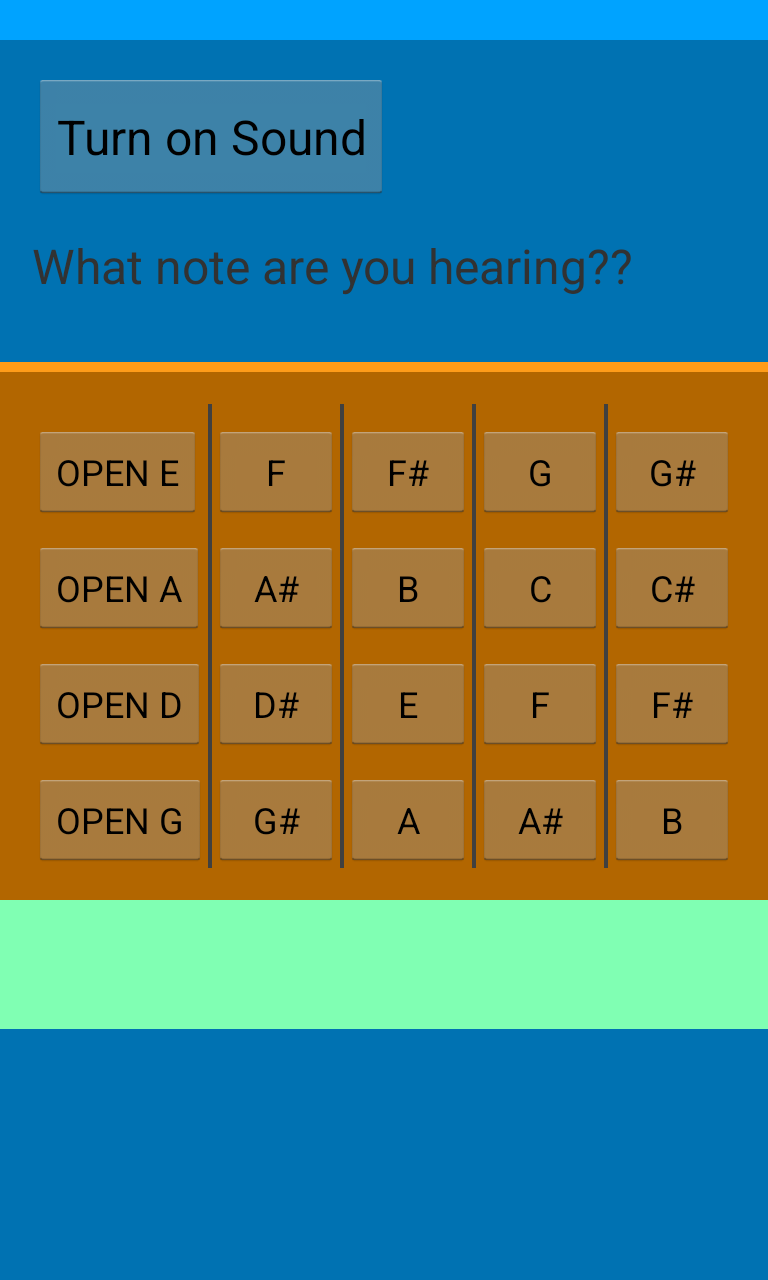
Repository: elliott-ribner/android-guitar-trainer
Layout: randomnotegenerator/res/layout/activity_main.xml
An editor plug-in stored every save of this project. The layout is shown before and after the next save, followed by the edit.
It is drawn on a 768 x 1280 px phone screen (xhdpi) without system bars, with theme AppTheme; the app's code is not run.

Above is the layout before, as saved 2014-06-09 01:00:18.

### randomnotegenerator/res/layout/activity_main.xml
<LinearLayout xmlns:android="http://schemas.android.com/apk/res/android"
    xmlns:tools="http://schemas.android.com/tools"
    android:layout_width="match_parent"
    android:layout_height="match_parent"
    android:background="#0072B2"
    android:orientation="vertical"
    tools:context="com.elliott.randomnotegenerator.MainActivity$PlaceholderFragment" >

    <LinearLayout
        android:layout_width="fill_parent"
        android:layout_height="20dip"
        android:background="#00A3FF"

        android:paddingBottom="@dimen/activity_vertical_margin"
        android:paddingLeft="@dimen/activity_horizontal_margin"
        android:paddingRight="@dimen/activity_horizontal_margin"
        android:paddingTop="@dimen/activity_vertical_margin" />
    <LinearLayout
        android:layout_width="fill_parent"
        android:layout_height="wrap_content"

        android:orientation="vertical"
        android:paddingBottom="@dimen/activity_vertical_margin"
        android:paddingLeft="@dimen/activity_horizontal_margin"
        android:paddingRight="@dimen/activity_horizontal_margin"
        android:paddingTop="@dimen/activity_vertical_margin" >

        <Button
            android:id="@+id/ButtonPlay"
            android:layout_width="wrap_content"
            android:layout_height="wrap_content"
            android:paddingBottom="@dimen/activity_vertical_margin"
            android:paddingTop="@dimen/activity_vertical_margin"
            android:text="@string/play"
            android:textSize="24sp" />

        <TextView
            android:id="@+id/promptBox"
            android:layout_width="wrap_content"
            android:layout_height="wrap_content"
            android:paddingBottom="@dimen/activity_vertical_margin"
            android:paddingTop="@dimen/activity_vertical_margin"
            android:text="@string/prompt"
            android:textSize="24sp" />
    </LinearLayout>
<LinearLayout
        android:layout_width="fill_parent"
        android:layout_height="5dip"
        android:background="#FF9C19"

        android:paddingBottom="@dimen/activity_vertical_margin"
        android:paddingLeft="@dimen/activity_horizontal_margin"
        android:paddingRight="@dimen/activity_horizontal_margin"
        android:paddingTop="@dimen/activity_vertical_margin" />

        <LinearLayout
            android:layout_width="fill_parent"
            android:layout_height="wrap_content"
             android:background="#B26600"
            android:orientation="horizontal"
            android:paddingBottom="@dimen/activity_vertical_margin"
        android:paddingLeft="@dimen/activity_horizontal_margin"
        android:paddingRight="@dimen/activity_horizontal_margin"
        android:paddingTop="@dimen/activity_vertical_margin"  >

            <LinearLayout
                android:layout_width="wrap_content"
                android:layout_height="wrap_content"
                android:orientation="vertical" >

                <Button
                    android:id="@+id/ButtonEL"
                    android:layout_width="wrap_content"
                    android:layout_height="wrap_content"
                    android:layout_marginTop="10dp"
                    android:text="@string/el" />

                <Button
                    android:id="@+id/ButtonAL"
                    android:layout_width="wrap_content"
                    android:layout_height="wrap_content"
                    android:layout_marginTop="10dp"
                    android:text="@string/al" />

                <Button
                    android:id="@+id/ButtonD"
                    android:layout_width="wrap_content"
                    android:layout_height="wrap_content"
                    android:layout_marginTop="10dp"
                    android:text="@string/d" />

                <Button
                    android:id="@+id/ButtonG"
                    android:layout_width="wrap_content"
                    android:layout_height="wrap_content"
                    android:layout_marginTop="10dp"
                    android:text="@string/g" />
            </LinearLayout>

            <View
                android:layout_width="2dip"
                android:layout_height="fill_parent"
                android:background="#404040" />

            <LinearLayout
                android:layout_width="wrap_content"
                android:layout_height="wrap_content"
                android:orientation="vertical" >

                <Button
                    android:id="@+id/ButtonFL"
                    android:layout_width="wrap_content"
                    android:layout_height="wrap_content"
                    android:layout_marginTop="10dp"
                    android:text="@string/fl" />

                <Button
                    android:id="@+id/ButtonASL"
                    android:layout_width="wrap_content"
                    android:layout_height="wrap_content"
                    android:layout_marginTop="10dp"
                    android:text="@string/asl" />

                <Button
                    android:id="@+id/ButtonDS"
                    android:layout_width="wrap_content"
                    android:layout_height="wrap_content"
                    android:layout_marginTop="10dp"
                    android:text="@string/ds" />

                <Button
                    android:id="@+id/ButtonGS"
                    android:layout_width="wrap_content"
                    android:layout_height="wrap_content"
                    android:layout_marginTop="10dp"
                    android:text="@string/gs" />
            </LinearLayout>

            <View
                android:layout_width="2dip"
                android:layout_height="fill_parent"
                android:background="#404040" />

            <LinearLayout
                android:layout_width="wrap_content"
                android:layout_height="wrap_content"
                android:orientation="vertical" >

                <Button
                    android:id="@+id/ButtonFSL"
                    android:layout_width="wrap_content"
                    android:layout_height="wrap_content"
                    android:layout_marginTop="10dp"
                    android:text="@string/fsl" />

                <Button
                    android:id="@+id/ButtonBL"
                    android:layout_width="wrap_content"
                    android:layout_height="wrap_content"
                    android:layout_marginTop="10dp"
                    android:text="@string/bl" />

                <Button
                    android:id="@+id/ButtonE"
                    android:layout_width="wrap_content"
                    android:layout_height="wrap_content"
                    android:layout_marginTop="10dp"
                    android:text="@string/e" />

                <Button
                    android:id="@+id/ButtonA"
                    android:layout_width="wrap_content"
                    android:layout_height="wrap_content"
                    android:layout_marginTop="10dp"
                    android:text="@string/a" />
            </LinearLayout>

            <View
                android:layout_width="2dip"
                android:layout_height="fill_parent"
                android:background="#404040" />

            <LinearLayout
                android:layout_width="wrap_content"
                android:layout_height="wrap_content"
                android:orientation="vertical" >

                <Button
                    android:id="@+id/ButtonGL"
                    android:layout_width="wrap_content"
                    android:layout_height="wrap_content"
                    android:layout_marginTop="10dp"
                    android:text="@string/gl" />

                <Button
                    android:id="@+id/ButtonC"
                    android:layout_width="wrap_content"
                    android:layout_height="wrap_content"
                    android:layout_marginTop="10dp"
                    android:text="@string/c" />

                <Button
                    android:id="@+id/ButtonF"
                    android:layout_width="wrap_content"
                    android:layout_height="wrap_content"
                    android:layout_marginTop="10dp"
                    android:text="@string/f" />

                <Button
                    android:id="@+id/ButtonAS"
                    android:layout_width="wrap_content"
                    android:layout_height="wrap_content"
                    android:layout_marginTop="10dp"
                    android:text="@string/as" />
            </LinearLayout>

            <View
                android:layout_width="2dip"
                android:layout_height="fill_parent"
                android:background="#404040" />

            <LinearLayout
                android:layout_width="wrap_content"
                android:layout_height="wrap_content"
                android:orientation="vertical" >

                <Button
                    android:id="@+id/ButtonGSL"
                    android:layout_width="wrap_content"
                    android:layout_height="wrap_content"
                    android:layout_marginTop="10dp"
                    android:text="@string/gsl" />

                <Button
                    android:id="@+id/ButtonCS"
                    android:layout_width="wrap_content"
                    android:layout_height="wrap_content"
                    android:layout_marginTop="10dp"
                    android:text="@string/cs" />

                <Button
                    android:id="@+id/ButtonFS"
                    android:layout_width="wrap_content"
                    android:layout_height="wrap_content"
                    android:layout_marginTop="10dp"
                    android:text="@string/fs" />

                <Button
                    android:id="@+id/ButtonB"
                    android:layout_width="wrap_content"
                    android:layout_height="wrap_content"
                    android:layout_marginTop="10dp"
                    android:text="@string/b" />
            </LinearLayout>

        </LinearLayout>





         <LinearLayout
        android:layout_width="fill_parent"
        android:layout_height="wrap_content"
        android:orientation="vertical"
        android:background="#80FFB3"
        android:paddingBottom="@dimen/activity_vertical_margin"
        android:paddingLeft="@dimen/activity_horizontal_margin"
        android:paddingRight="@dimen/activity_horizontal_margin"
        android:paddingTop="@dimen/activity_vertical_margin" >

        <TextView
            android:id="@+id/resultBox"
            android:layout_width="wrap_content"
            android:layout_height="wrap_content"
            android:text="@string/result"
            android:textSize="24sp" />
    </LinearLayout>

</LinearLayout>

### randomnotegenerator/res/values/strings.xml
<?xml version="1.0" encoding="utf-8"?>
<resources>

    <string name="app_name">Bass Guitar Ear Trainer</string>
    <string name="hello_world">Hello world!</string>
    <string name="action_settings">Settings</string>
	<string name="play">Turn on Sound</string>
	<string name="prompt">What note are you hearing??</string>
	<string name="result"></string>
	<string name="c">C</string>
	<string name="cs">C#</string>
	<string name="d">OPEN D</string>
	<string name="ds">D#</string>
	<string name="e">E</string>
	<string name="f">F</string>
	<string name="fs">F#</string>
	<string name="g">OPEN G</string>
	<string name="gs">G#</string>
	<string name="a"> A</string>
	<string name="as">A#</string>
	<string name="b">B</string>
	<string name="el">OPEN E</string>
	<string name="fl">F</string>
	<string name="fsl">F#</string>
	<string name="gl">G</string>
	<string name="gsl">G#</string>
	<string name="al">OPEN A</string>
	<string name="asl">A#</string>
	<string name="bl">B</string>

</resources>

Loaded but not shown: randomnotegenerator/res/values/styles.xml (common file); randomnotegenerator/res/values-v11/styles.xml (common file); randomnotegenerator/res/values-v14/styles.xml (common file); randomnotegenerator/res/values/dimens.xml (common file); randomnotegenerator/res/values-w820dp/dimens.xml (common file)

After the next save:
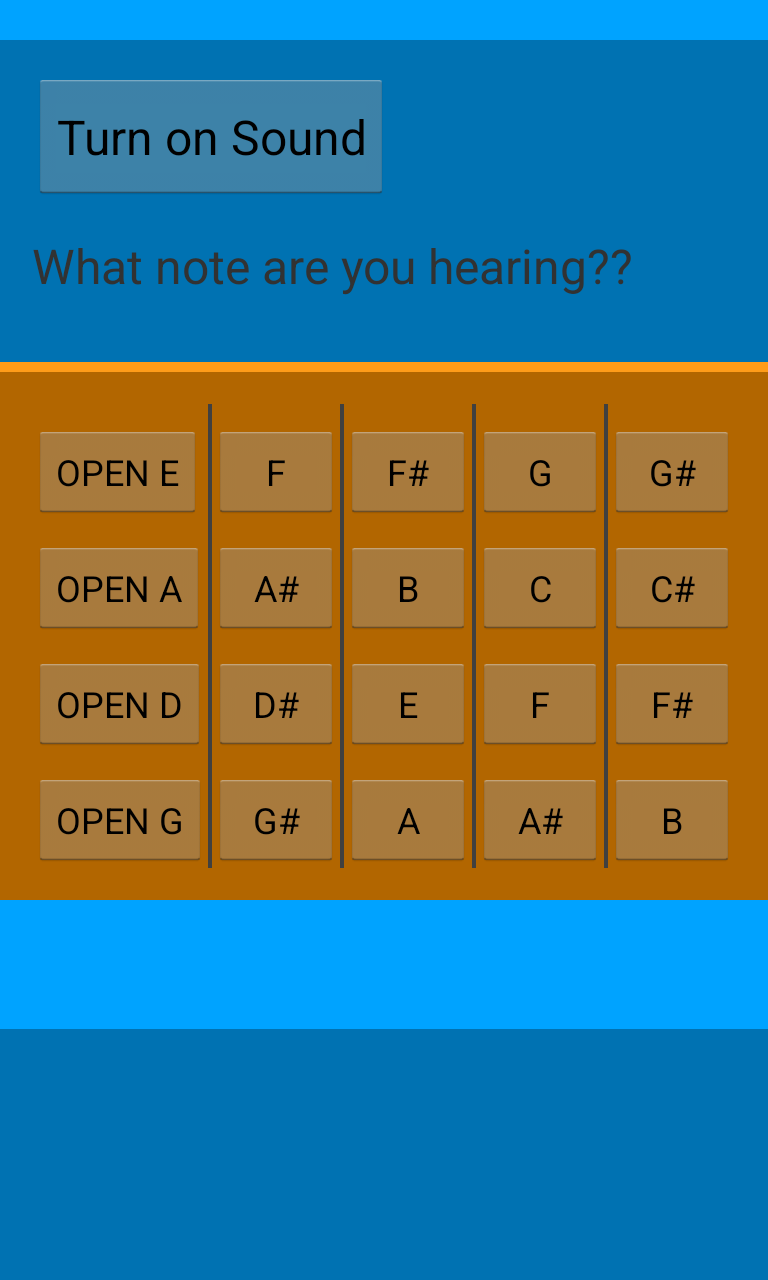
Saved 2 min 23 s later.
--- a/randomnotegenerator/res/layout/activity_main.xml
+++ b/randomnotegenerator/res/layout/activity_main.xml
@@ -263,7 +263,7 @@
         android:layout_width="fill_parent"
         android:layout_height="wrap_content"
         android:orientation="vertical"
-        android:background="#80FFB3"
+        android:background="#00A3FF"
         android:paddingBottom="@dimen/activity_vertical_margin"
         android:paddingLeft="@dimen/activity_horizontal_margin"
         android:paddingRight="@dimen/activity_horizontal_margin"
